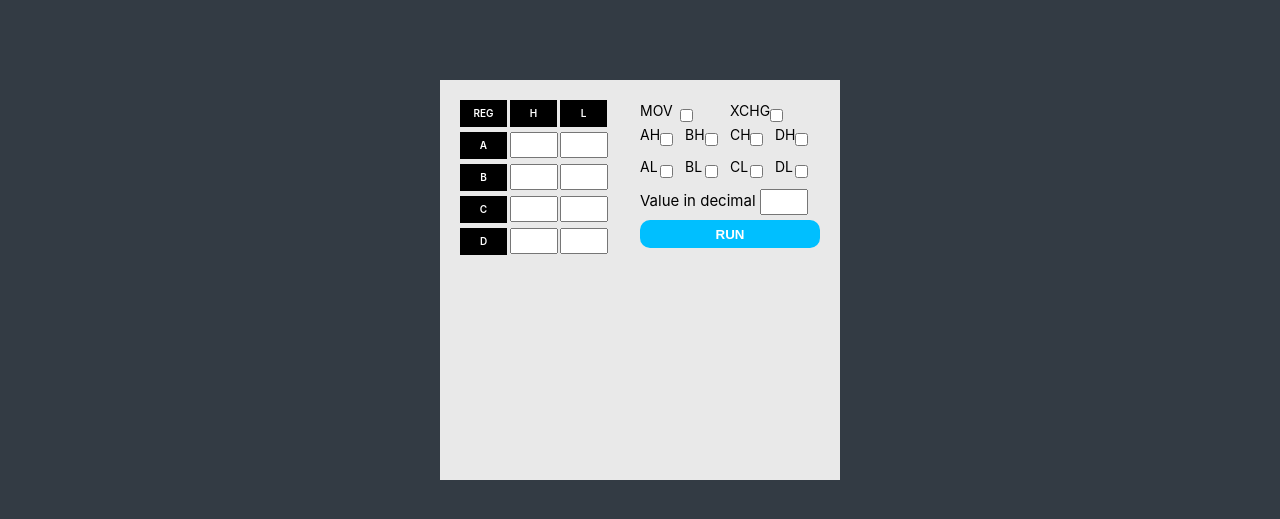
Repository: piookr-wsei/8086
Page: /
These files come from the project's save history. The page is drawn as it stood at one moment and after the next save; the edit follows.
The browser window is 1280 px wide. The pictures show the whole page.
The project was rebuilt for these pictures with package versions that can differ from the ones it lists, and the page was loaded fresh each time.

Above is the page before, as saved 2022-06-18 22:03:04.

### src/App.js
import React from 'react';
import { useState } from 'react';
import './App.css';
import { RegDesc, RegInput, RegWrapper, UiWindow, UiWrapper, SettingsWrapper, Labels, CheckWrapper, OpBox, LineWrap, NumDesc, RegChWrapper, Run } from './Components/Components.elements';


function App() {

  const xchg="xchg";
  const mov="mov"

  const [movChecked, setMovChecked] = useState(false);

  const [xchgChecked, setXchgChecked] = useState(false);

  const [opChosen,setOpChosen] = useState(null)

  function HandleCheck(name){
    if(name=="mov"){
      setMovChecked(!movChecked)
      setXchgChecked(false)
    }
    else if(name=="xchg"){
      setXchgChecked(!xchgChecked)
      setMovChecked(false)

    }
    setOpChosen(name)
  }

function OpChange(){
  return(
    <>
    <Labels>
      <CheckWrapper>
        MOV
        <OpBox type="checkbox"  checked={movChecked} onClick={() => HandleCheck(mov)} id="MOV"/>
      </CheckWrapper>
      <CheckWrapper style={{position:"relative", left:"10px"}}>
        XCHG
        <OpBox type="checkbox" checked={xchgChecked} onChange={() => HandleCheck(xchg)} id="XCHG" name="XCHG"/>
      </CheckWrapper>
    </Labels>
    </>
    )
  }







  return (
    <div className="App">
      <UiWindow>
        <UiWrapper>
          <RegWrapper>
            <RegDesc textContent={"REG"}/>  <RegDesc textContent={"H"}/>  <RegDesc textContent={"L"}/>

            <RegDesc textContent={"A"}/>  <RegInput maxLength={2}/> <RegInput maxLength={2}/>
            <RegDesc textContent={"B"}/>  <RegInput maxLength={2}/> <RegInput maxLength={2}/>
            <RegDesc textContent={"C"} />  <RegInput maxLength={2}/> <RegInput maxLength={2}/>
            <RegDesc textContent={"D"}/>  <RegInput maxLength={2}/> <RegInput maxLength={2}/>
          </RegWrapper>

          <SettingsWrapper>

              <OpChange/>

              <RegChWrapper>
                <CheckWrapper>
                  AH<OpBox type="checkbox"/>
                </CheckWrapper>
                <CheckWrapper>
                  BH<OpBox type="checkbox"/>
                </CheckWrapper>
                <CheckWrapper>
                  CH<OpBox type="checkbox"/>
                </CheckWrapper>
                <CheckWrapper>
                  DH<OpBox type="checkbox"/>
                </CheckWrapper>
                <CheckWrapper>
                  AL<OpBox type="checkbox"/>
                </CheckWrapper>
                <CheckWrapper>
                  BL<OpBox type="checkbox"/>
                </CheckWrapper>
                <CheckWrapper>
                  CL<OpBox type="checkbox"/>
                </CheckWrapper>
                <CheckWrapper>
                  DL<OpBox type="checkbox"/>
                </CheckWrapper>
              </RegChWrapper>

              <LineWrap>
              <NumDesc textContent={"Value in decimal"}/>  <RegInput maxLength={3} style={{width:"40px"}}/>
              </LineWrap>
              <Run>RUN</Run>
          </SettingsWrapper>



        </UiWrapper>
      </UiWindow>

    </div>
  );
}

export default App;

### src/App.css
body{
  height: 100%;
  background: rgba(1, 10, 22, 0.8);
}
.App {

}

.App-logo {
  height: 40vmin;
  pointer-events: none;
}

@media (prefers-reduced-motion: no-preference) {
  .App-logo {
    animation: App-logo-spin infinite 20s linear;
  }
}

.App-header {
  background-color: #282c34;
  min-height: 100vh;
  display: flex;
  flex-direction: column;
  align-items: center;
  justify-content: center;
  font-size: calc(10px + 2vmin);
  color: white;
}

.App-link {
  color: #61dafb;
}

@keyframes App-logo-spin {
  from {
    transform: rotate(0deg);
  }
  to {
    transform: rotate(360deg);
  }
}

### src/Components/Components.elements.js
import styled from "styled-components";

export const UiWindow = styled.div`
    height: 400px;
    width: 400px;
    background: rgb(233,233,233);
    position: relative;
    margin: auto;
    top: 80px;
`

export const UiWrapper = styled.div`
    border: 20px solid transparent;
    display: grid;
    grid-template-columns: 1fr 1fr;
`

export const RegWrapper = styled.div`
    width: 180px;
    //background: rgba(0,0,0,0.1);
    position: relative;
    left: 0;
    display: grid;
    grid-template-columns: 50px 50px 50px;
`

export const RegInput = styled.input`
    height: 20px;
    width: 40px;
    margin-bottom:5px;
    text-align: center;
`

export const SettingsWrapper = styled.div`
    width: 180px;
    //background: rgba(0,0,0,0.1);
    position: relative;
    right: 0;
    display: grid;
    grid-template-columns: 180px;
    //border: solid 1px black;
    font-size: 14px;
    line-height: 22px;
    grid-template-rows: 24px 64px repeat(auto-fit, 32px);

`

export const RegDescSC = styled.div`
    height: 27px;
    width: 47px;
    background: black;
    margin-bottom:5px;
    color: white;
    font-weight: 600;
`

export const DescText = styled.p`
    font-size: 10px;
    text-align: center;
    position: relative;
    top: -3px;
`

export function RegDesc(props){
    return(
        <RegDescSC>
            <DescText>{props.textContent}</DescText>
        </RegDescSC>
    )
}

export const Labels = styled.div`
    display: grid;
    grid-template-columns: 80px 80px;
`

export const CheckWrapper = styled.div`

    min-width: 30px;
    max-width: 65px;
    height: 25px;
    display: flex;
    justify-content: space-between;
`

export const OpBox = styled.input`
    vertical-align: "middle";
    position: relative;
    top: 3px;
    left: -9px;
`

export const LineWrap = styled.div`
    width: 180px;
    display: flex;
    align-items: center;
`

export const NumSC = styled.div`
    width: 120px;
    text-align: left !important;
`

export function NumDesc(props){
    return(
        <NumSC>
            <DescText style={{textAlign: "left", fontSize:"15px"}}>{props.textContent}</DescText>
        </NumSC>
    )
}

export const RegChWrapper = styled.div`
width: 180px;
display: grid;
grid-template-columns: 45px 45px 45px 45px ;
`

export const Run = styled.button`
width: 180px;
border-radius: 10px;
border:transparent 4px;
background-color: #00bfff;
margin: 0px auto 4px auto;
font-weight: 700;
color: white;
cursor: pointer;
`

Loaded but not shown: public/index.html (common file); src/index.js (common file); src/index.css (common file); src/reportWebVitals.js (common file)

After the next save:
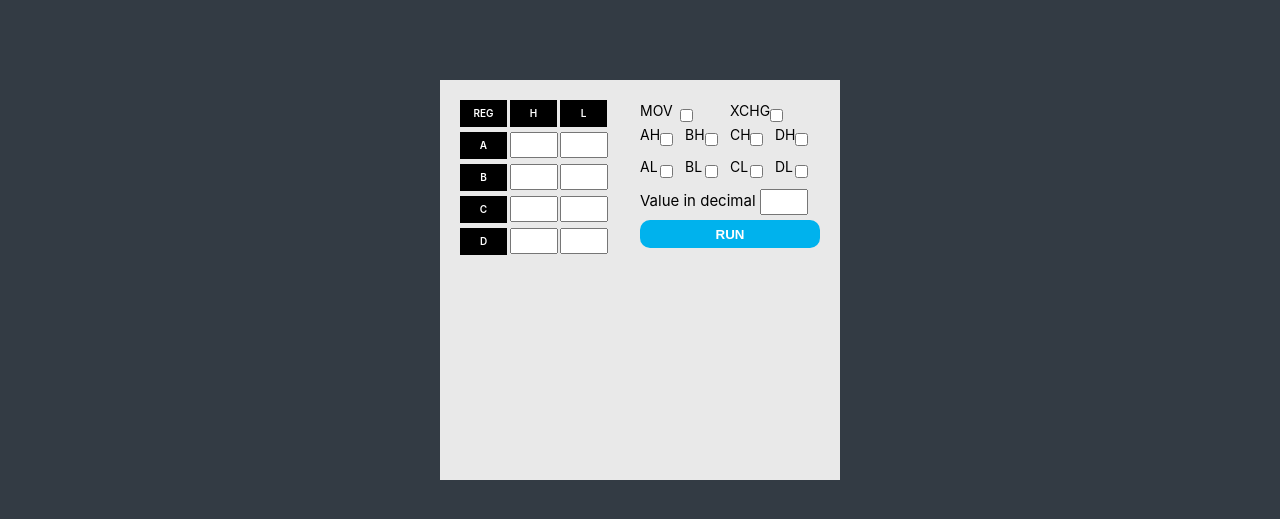
Saved 3 min 58 s later.
--- a/src/Components/Components.elements.js
+++ b/src/Components/Components.elements.js
@@ -119,9 +119,13 @@
 width: 180px;
 border-radius: 10px;
 border:transparent 4px;
-background-color: #00bfff;
+background-color: #00b2ed;
 margin: 0px auto 4px auto;
 font-weight: 700;
 color: white;
 cursor: pointer;
+&:hover {
+    background-color: #00bfff;
+
+  }
 `

After the save that followed:
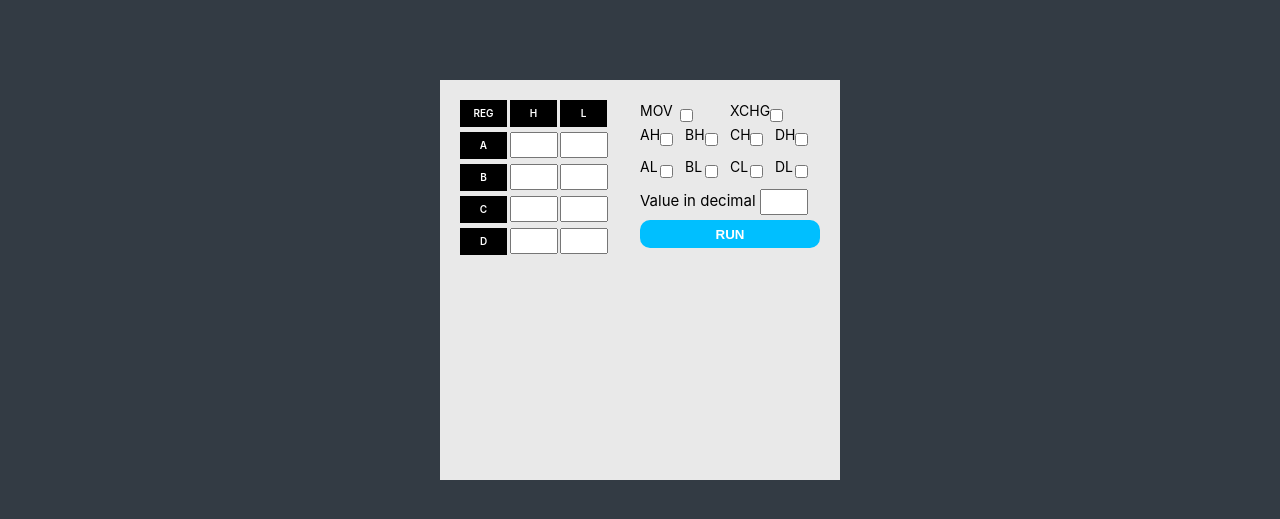
Saved 14 s later.
--- a/src/Components/Components.elements.js
+++ b/src/Components/Components.elements.js
@@ -119,7 +119,7 @@
 width: 180px;
 border-radius: 10px;
 border:transparent 4px;
-background-color: #00b2ed;
+background-color: #00bfff;
 margin: 0px auto 4px auto;
 font-weight: 700;
 color: white;
